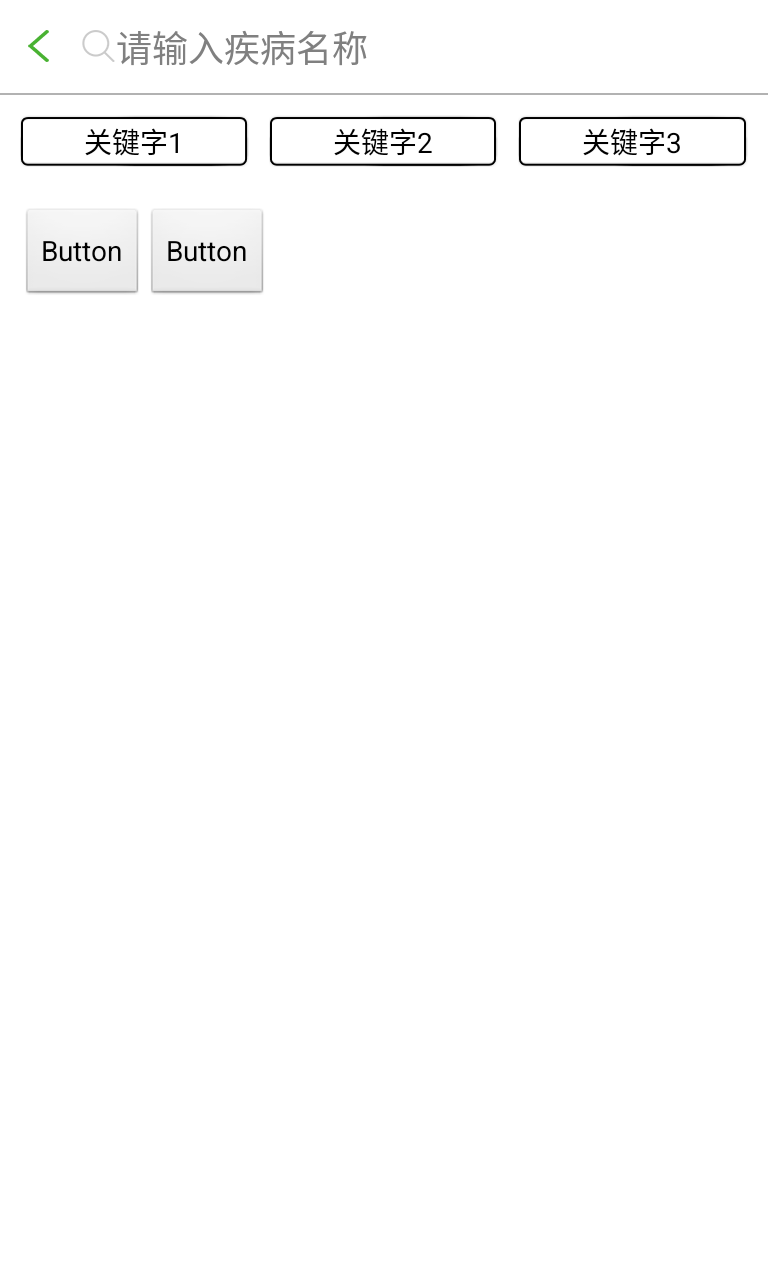
Repository: hjhlove110/XYApp
Layout: XYApp/res/layout/serache_view.xml
The author's editor kept a copy of each file at every save. The layout is drawn from the files as they stood at one save, then again after the next save.
It is drawn on a 768 x 1280 px phone screen (xhdpi) without system bars, with theme Translucent; the app's code is not run.

Above is the layout before, as saved 2015-09-23 05:43:56.

After the next save:
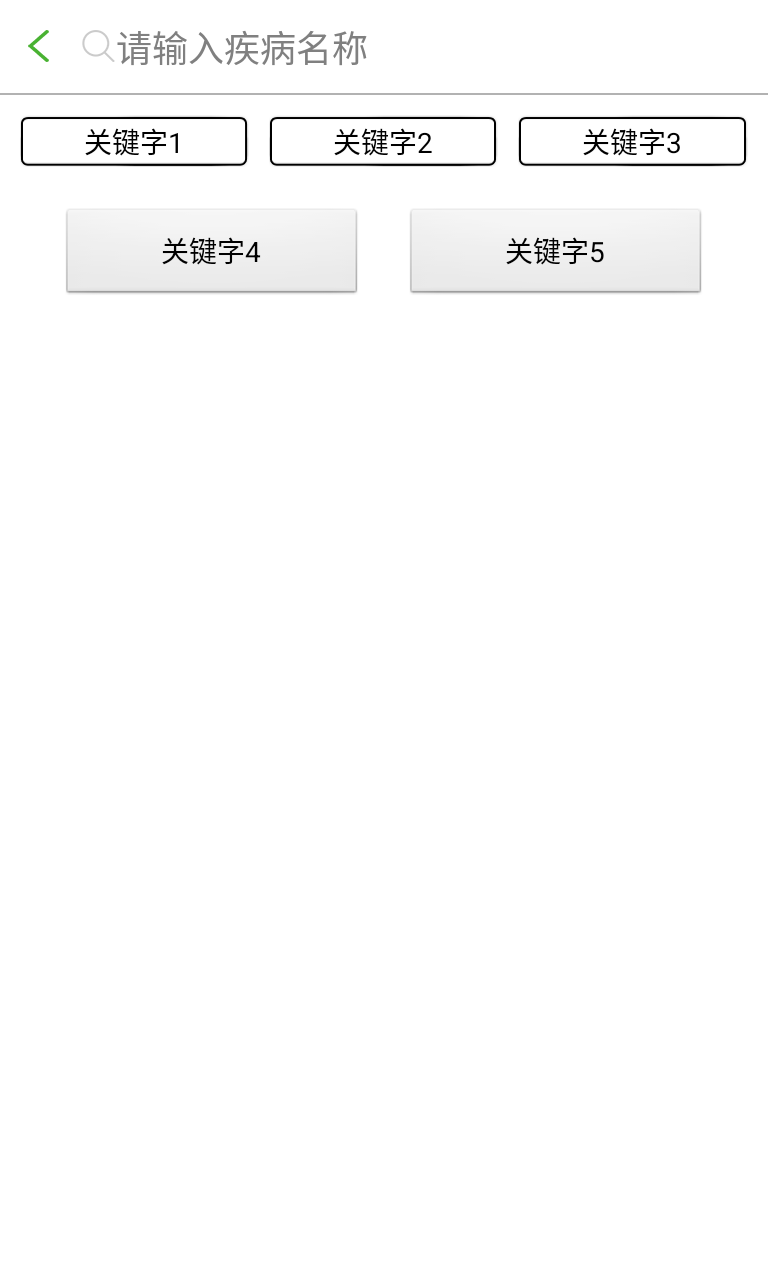
Saved 51 s later.
--- a/XYApp/res/layout/serache_view.xml
+++ b/XYApp/res/layout/serache_view.xml
@@ -76,15 +76,20 @@
 
         <Button
             android:id="@+id/btnMsg4"
-            android:layout_width="wrap_content"
+            android:layout_width="0dp"
             android:layout_height="wrap_content"
-            android:text="Button" />
+            android:layout_marginLeft="20dp"
+            android:layout_weight="1"
+            android:text="关键字4" />
 
         <Button
             android:id="@+id/btnMsg5"
-            android:layout_width="wrap_content"
+            android:layout_width="0dp"
             android:layout_height="wrap_content"
-            android:text="Button" />
+            android:layout_marginLeft="20dp"
+            android:layout_marginRight="20dp"
+            android:layout_weight="1"
+            android:text="关键字5" />
     </LinearLayout>
 
 </LinearLayout>
